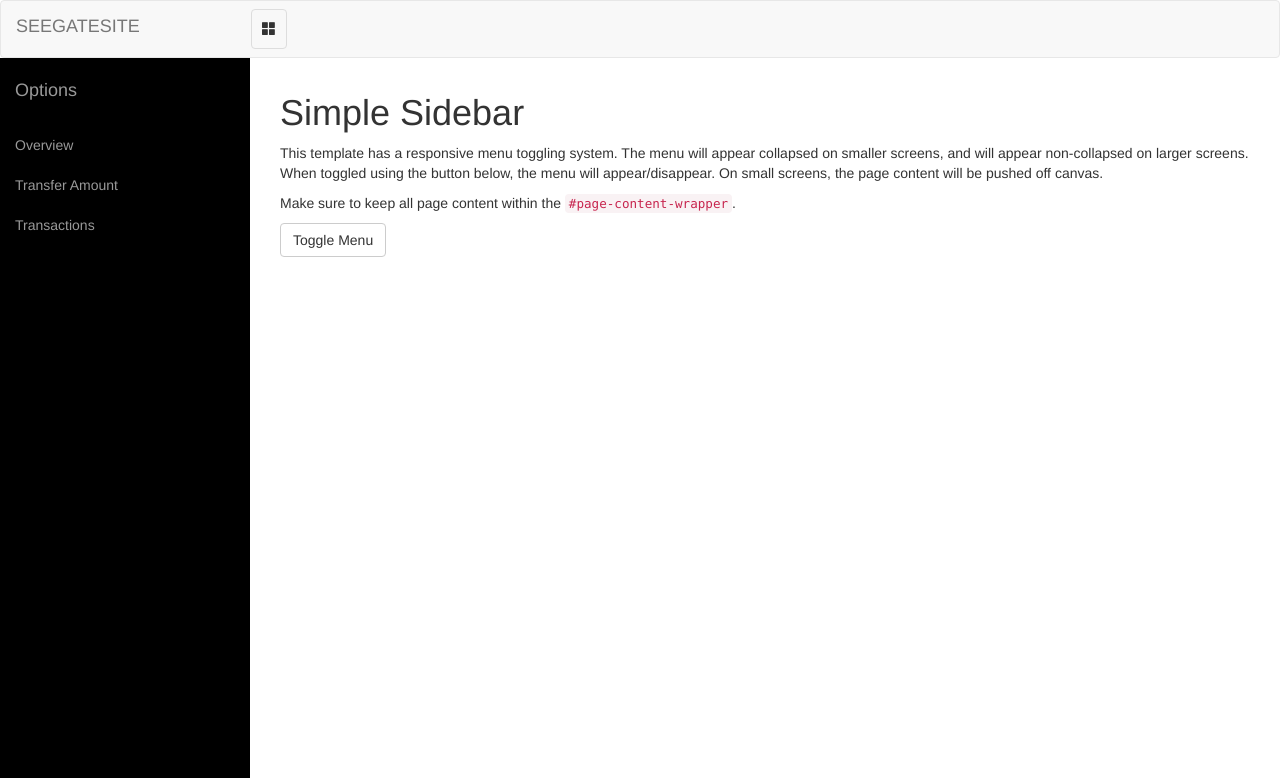
Repository: sijangurung/OFFPad-Projects
Page: Web App Workspace/OffPad WebApp/WebContent/index.html
The author's editor kept a copy of each file at every save. The page is drawn from the files as they stood at one save, then again after the next save.
The browser window is 1280 px wide. The pictures show the whole page.

Above is the page before, as saved 2015-12-29 15:58:17.

### Web App Workspace/OffPad WebApp/WebContent/index.html
<!DOCTYPE html>
<html lang="en">

<head>

    <meta charset="utf-8">
    <meta http-equiv="X-UA-Compatible" content="IE=edge">
    <meta name="viewport" content="width=device-width, initial-scale=1">
    <meta name="description" content="">
    <meta name="author" content="">

    <title>Simple Sidebar - Start Bootstrap Template</title>

    <!-- Bootstrap Core CSS -->
    <link href="/styles/bootstrap.min.css" rel="stylesheet">

    <!-- Custom CSS -->
    <link href="styles/simple-sidebar.css" rel="stylesheet">

    <!-- HTML5 Shim and Respond.js IE8 support of HTML5 elements and media queries -->
    <!-- WARNING: Respond.js doesn't work if you view the page via file:// -->
    <!--[if lt IE 9]>
        <script src="https://oss.maxcdn.com/libs/html5shiv/3.7.0/html5shiv.js"></script>
        <script src="https://oss.maxcdn.com/libs/respond.js/1.4.2/respond.min.js"></script>
    <![endif]-->

</head>

<body>
<nav class="navbar navbar-default no-margin">
    <!-- Brand and toggle get grouped for better mobile display -->
                <div class="navbar-header fixed-brand">
                    <button type="button" class="navbar-toggle collapsed" data-toggle="collapse"  id="menu-toggle">
                      <span class="glyphicon glyphicon-th-large" aria-hidden="true"></span>
                    </button>
                    <a class="navbar-brand" href="#"><i class="fa fa-rocket fa-4"></i> SEEGATESITE</a>
                </div><!-- navbar-header-->

                <div class="collapse navbar-collapse" id="bs-example-navbar-collapse-1">
                            <ul class="nav navbar-nav">
                                <li class="active" ><button class="navbar-toggle collapse in" data-toggle="collapse" id="menu-toggle-2"> <span class="glyphicon glyphicon-th-large" aria-hidden="true"></span></button></li>
                            </ul>
                </div><!-- bs-example-navbar-collapse-1 -->
    </nav>
    <div id="wrapper">

        <!-- Sidebar -->
        <div id="sidebar-wrapper">
            <ul class="sidebar-nav">
                <li class="sidebar-brand">
                    <a href="#">
                        Options
                    </a>
                </li>
                <li>
                    <a href="#">Overview</a>
                </li>
                <li>
                    <a href="ClientServlet">Transfer Amount</a>
                </li>
                <li>
                    <a href="#">Transactions</a>
                </li>
            </ul>
        </div>
        <!-- /#sidebar-wrapper -->

        <!-- Page Content -->
        <div id="page-content-wrapper">
            <div class="container-fluid">
                <div class="row">
                    <div class="col-lg-12">
                        <h1>Simple Sidebar</h1>
                        <p>This template has a responsive menu toggling system. The menu will appear collapsed on smaller screens, and will appear non-collapsed on larger screens. When toggled using the button below, the menu will appear/disappear. On small screens, the page content will be pushed off canvas.</p>
                        <p>Make sure to keep all page content within the <code>#page-content-wrapper</code>.</p>
                        <a href="#menu-toggle" class="btn btn-default" id="menu-toggle">Toggle Menu</a>
                    </div>
                </div>
            </div>

        </div>
        <!-- /#page-content-wrapper -->

    </div>
    <!-- /#wrapper -->

    <!-- jQuery -->
    <script src="js/jquery.js"></script>

    <!-- Bootstrap Core JavaScript -->
    <script src="js/bootstrap.min.js"></script>

    <!-- Menu Toggle Script -->
    <script>
    $("#menu-toggle").click(function(e) {
        e.preventDefault();
        $("#wrapper").toggleClass("toggled");
    });
    </script>

</body>

</html>

### Web App Workspace/OffPad WebApp/WebContent/styles/simple-sidebar.css
* Toggle Styles */

 #wrapper {
    padding-left: 0;
    -webkit-transition: all 0.5s ease;
    -moz-transition: all 0.5s ease;
    -o-transition: all 0.5s ease;
    transition: all 0.5s ease;
    overflow: hidden;
}

#wrapper.toggled {
    padding-left: 250px;
    overflow: scroll;
}

#sidebar-wrapper {
    z-index: 1000;
    position: absolute;
    left: 250px;
    width: 0;
    height: 100%;
    margin-left: -250px;
    overflow-y: auto;
    background: #000;
    -webkit-transition: all 0.5s ease;
    -moz-transition: all 0.5s ease;
    -o-transition: all 0.5s ease;
    transition: all 0.5s ease;
}
#wrapper.toggled #sidebar-wrapper {
    width: 250px;
}

#page-content-wrapper {
    position: absolute;
    padding: 15px;
    width: 100%;
    overflow-x: hidden;
}
.xyz{
    min-width: 360px;
}
#wrapper.toggled #page-content-wrapper {
    position: relative;
    margin-right: 0px;
}
.fixed-brand{
    width: auto;
}
/* Sidebar Styles */

.sidebar-nav {
    position: absolute;
    top: 0;
    width: 250px;
    margin: 0;
    padding: 0;
    list-style: none;
    margin-top: 2px;
}

.sidebar-nav li {
    text-indent: 15px;
    line-height: 40px;
}

.sidebar-nav li a {
    display: block;
    text-decoration: none;
    color: #999999;
}

.sidebar-nav li a:hover {
    text-decoration: none;
    color: #fff;
    background: rgba(255,255,255,0.2);
    border-left: red 2px solid;
}

.sidebar-nav li a:active,
.sidebar-nav li a:focus {
    text-decoration: none;
}

.sidebar-nav > .sidebar-brand {
    height: 65px;
    font-size: 18px;
    line-height: 60px;
}

.sidebar-nav > .sidebar-brand a {
    color: #999999;
}

.sidebar-nav > .sidebar-brand a:hover {
    color: #fff;
    background: none;
}
.no-margin{
    margin:0;
}

@media(min-width:768px) {
    #wrapper {
        padding-left: 250px;
    }
    .fixed-brand{
        width: 250px;
    }
    #wrapper.toggled {
        padding-left: 0;
    }

    #sidebar-wrapper {
        width: 250px;
    }

    #wrapper.toggled #sidebar-wrapper {
        width: 250px;
    }
    #wrapper.toggled-2 #sidebar-wrapper {
        width: 50px;
    }
    #wrapper.toggled-2 #sidebar-wrapper:hover {
        width: 250px;
    }


    #page-content-wrapper {
        padding: 20px;
        position: relative;
        -webkit-transition: all 0.5s ease;
        -moz-transition: all 0.5s ease;
        -o-transition: all 0.5s ease;
        transition: all 0.5s ease;
    }

    #wrapper.toggled #page-content-wrapper {
        position: relative;
        margin-right: 0;
        padding-left: 250px;
    }
    #wrapper.toggled-2 #page-content-wrapper {
        position: relative;
        margin-right: 0;
        margin-left: -200px;
        -webkit-transition: all 0.5s ease;
        -moz-transition: all 0.5s ease;
        -o-transition: all 0.5s ease;
        transition: all 0.5s ease;
        width: auto;

    }
}

Loaded but not shown: Web App Workspace/OffPad WebApp/WebContent/styles/bootstrap.min.css (library); Web App Workspace/OffPad WebApp/WebContent/js/jquery.js (library); Web App Workspace/OffPad WebApp/WebContent/js/bootstrap.min.js (library)

After the next save:
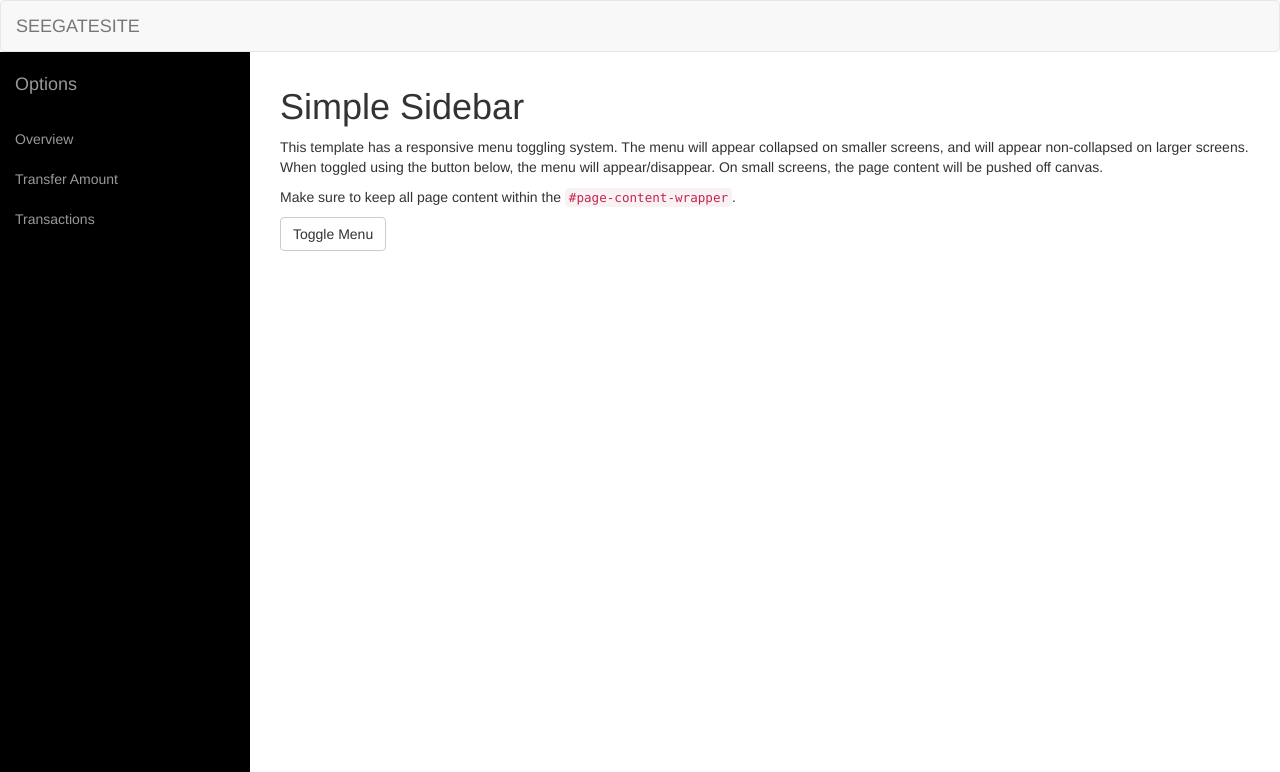
Saved 34 s later.
--- a/Web App Workspace/OffPad WebApp/WebContent/index.html
+++ b/Web App Workspace/OffPad WebApp/WebContent/index.html
@@ -35,12 +35,6 @@
                     </button>
                     <a class="navbar-brand" href="#"><i class="fa fa-rocket fa-4"></i> SEEGATESITE</a>
                 </div><!-- navbar-header-->
-
-                <div class="collapse navbar-collapse" id="bs-example-navbar-collapse-1">
-                            <ul class="nav navbar-nav">
-                                <li class="active" ><button class="navbar-toggle collapse in" data-toggle="collapse" id="menu-toggle-2"> <span class="glyphicon glyphicon-th-large" aria-hidden="true"></span></button></li>
-                            </ul>
-                </div><!-- bs-example-navbar-collapse-1 -->
     </nav>
     <div id="wrapper">
 
